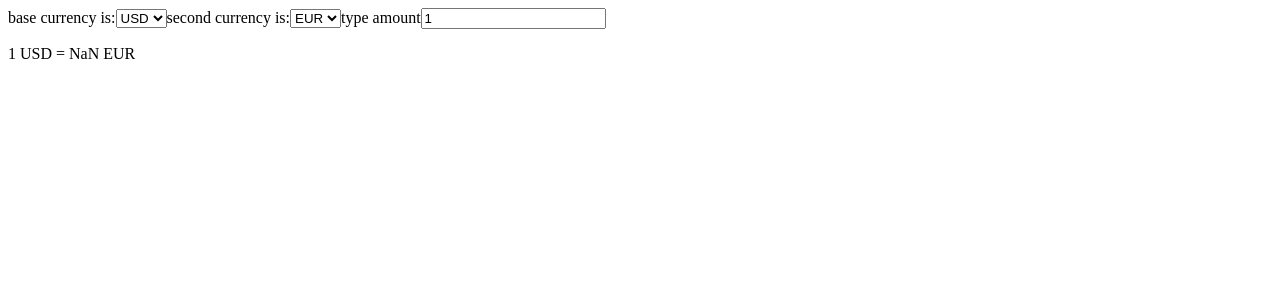
Repository: olorin44/currency
Page: index.html
The author's editor kept a copy of each file at every save. The page is drawn from the files as they stood at one save, then again after the next save.
The browser window is 1280 px wide. The pictures show the whole page.
The page's requests for data from a server got no answer.

Above is the page before, as saved 2019-03-31 22:05:54.

After the next save:
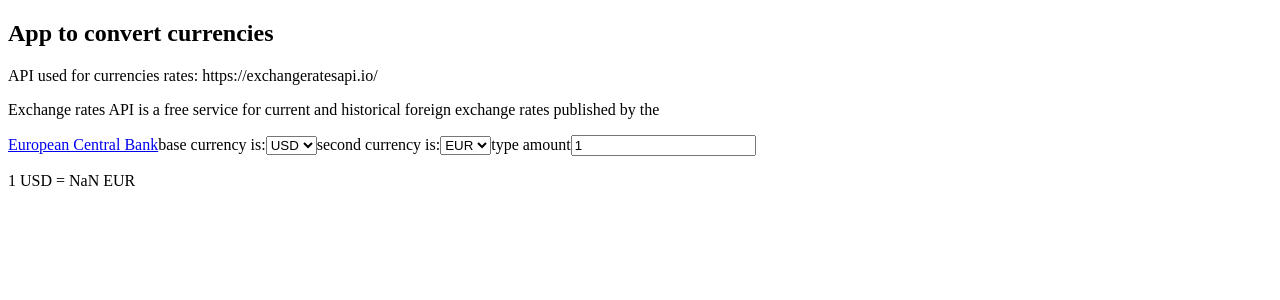
Saved 9 min 44 s later.
--- a/js/index.js
+++ b/js/index.js
@@ -58,6 +58,15 @@
     return (
       <div className="app">
         <div className="container">
+          <h2>App to convert currencies</h2>
+          <p>API used for currencies rates: https://exchangeratesapi.io/</p>
+          <p>
+            Exchange rates API is a free service for current and historical
+            foreign exchange rates published by the
+          </p>
+          <a href="https://www.ecb.europa.eu/stats/policy_and_exchange_rates/euro_reference_exchange_rates/html/index.en.html">
+            European Central Bank
+          </a>
           <label>
             base currency is:
             <select value={currency} onChange={this.changeCurrency}>
